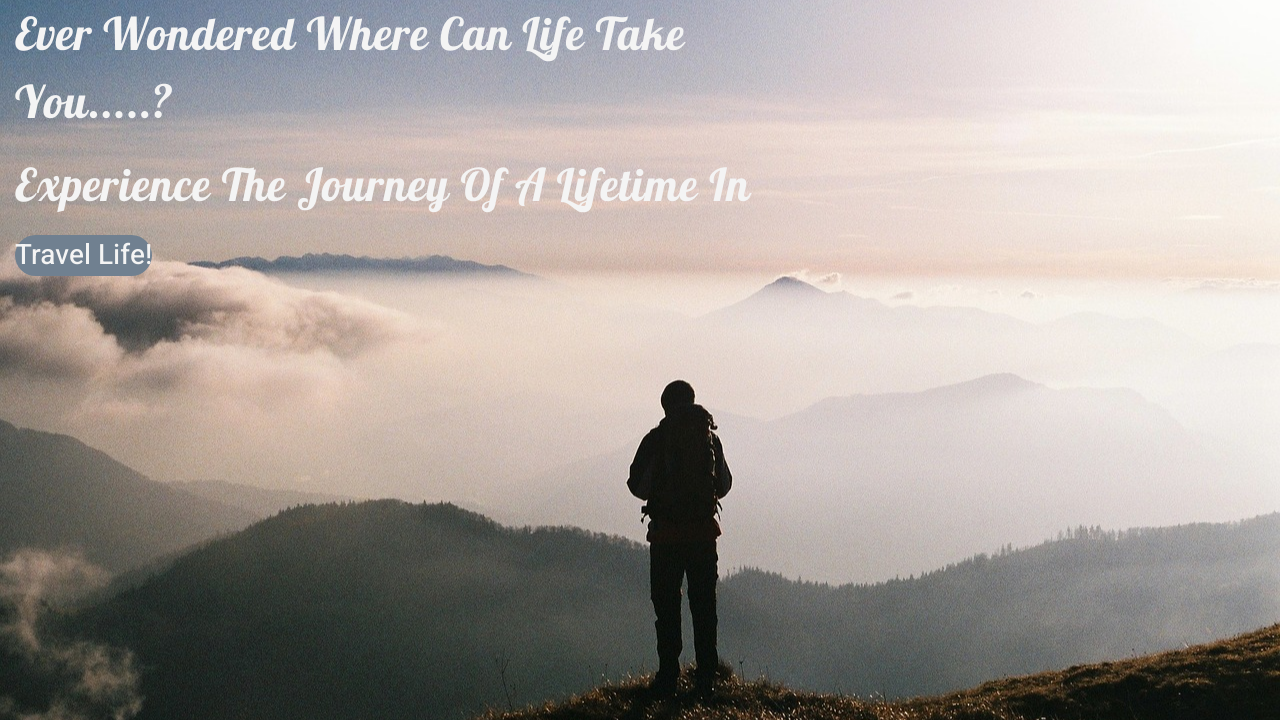
Repository: Code-Institute-Submissions/Travel-Life
Page: index.html
The author's editor kept a record of every edit. The page is drawn from the files as they stood at one moment, then again after the next edit.
The browser window is 1280 px wide. The pictures show the whole page.

Above is the page before.

After the next edit:
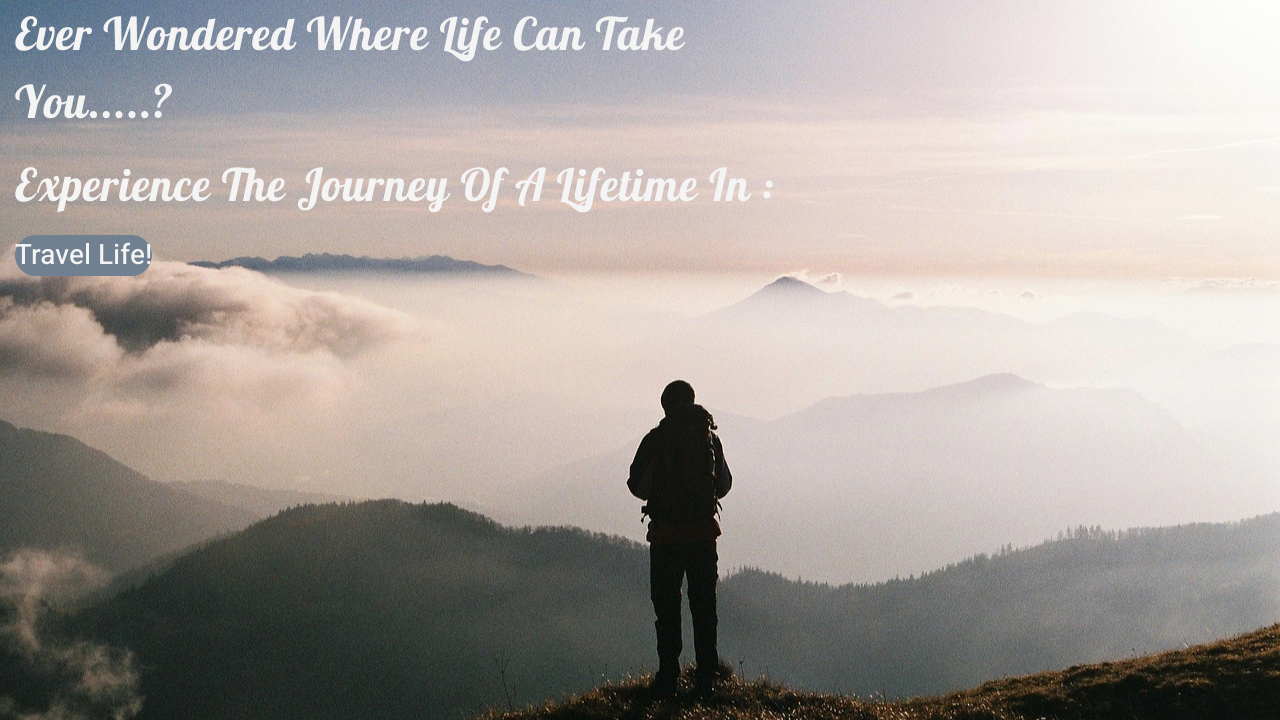
The edit:
--- a/index.html
+++ b/index.html
@@ -14,8 +14,8 @@
         <header class="container-fluid">
             <div class="row">
                 <div class="col-md-8">
-                    <p class="capitalize">Ever wondered where can life take you.....?</p>
-                    <p class="capitalize">experience the journey of a lifetime in <a href=""><span><h3>Travel Life!</h3></span></a></p>
+                    <p class="capitalize">Ever wondered where life can  take you.....?</p>
+                    <p class="capitalize">experience the journey of a lifetime in : <a href=""><span class="title"><h3>Travel Life!</h3></span></a></p>
                 </div>
                 <div class="col-md-8">
                     <div class="row ">
